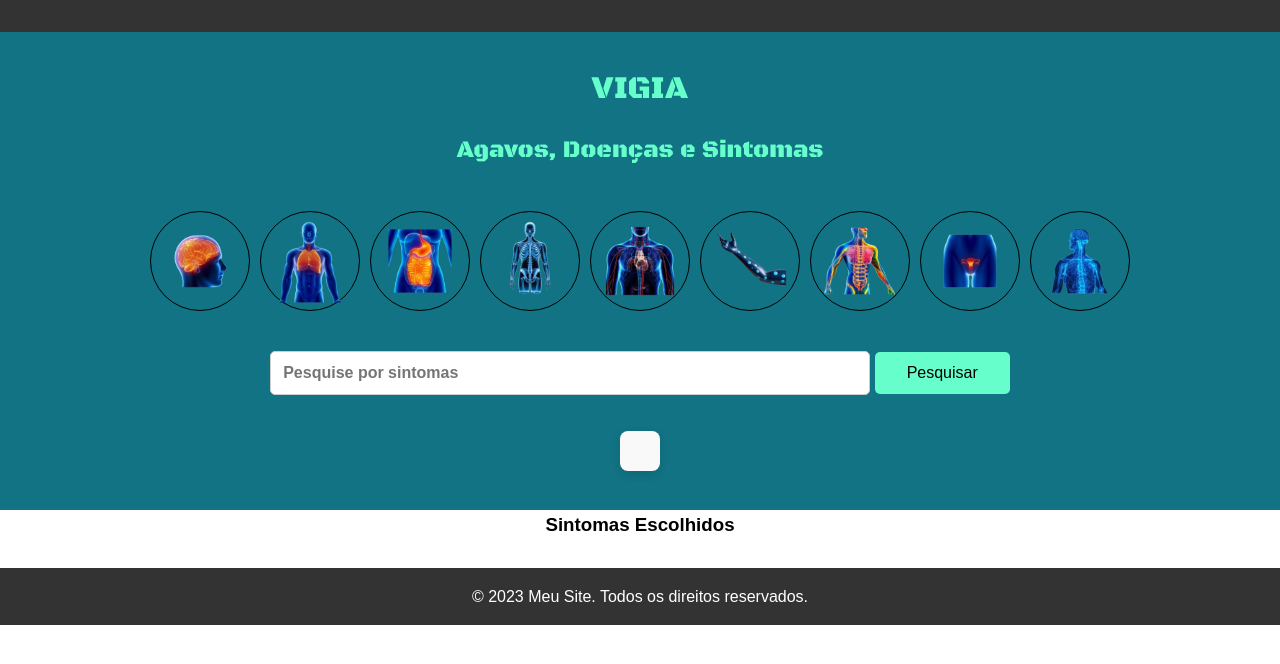
Repository: br-on/vigia
Page: index.html
The author's editor kept a copy of each file at every save. The page is drawn from the files as they stood at one save, then again after the next save.
The browser window is 1280 px wide. The pictures show the whole page.
Some web fonts or font styles are not loaded; a fallback is used.

Above is the page before, as saved 2024-09-15 16:30:16.

### index.html
<!DOCTYPE html>
<html lang="pt-br">
<head>
  <meta charset="UTF-8">
  <meta name="viewport" content="width=device-width, initial-scale=1.0">
  <title>IA VIGILÂNCIA</title>
  <link rel="stylesheet" href="assets/style/style.css">
</head>
<body>
  <nav>
  </nav>
  <header class="search">
    <h1 class="black-ops-one-regular">VIGIA</h1>
    <h2 class="black-ops-one-regular">Agavos, Doenças e Sintomas</h2>
    <div class="grupos-sintomas">
      <div class="grupo-sintoma"><img src="/assets/img/grupos/neurologico.png" alt=""></div>
      <div class="grupo-sintoma"><img src="assets/img/grupos/respiratorio.png" alt=""></div>
      <div class="grupo-sintoma"><img src="assets/img/grupos/digestivo.png" alt=""></div>
      <div class="grupo-sintoma"><img src="assets/img/grupos/musculoesqueletico.png" alt=""></div>
      <div class="grupo-sintoma"><img src="assets/img/grupos/cardiaco.png" alt=""></div>
      <div class="grupo-sintoma"><img src="assets/img/grupos/dermatologico.png" alt=""></div>
      <div class="grupo-sintoma"><img src="assets/img/grupos/infecciosofebril.png" alt=""></div>
      <div class="grupo-sintoma"><img src="assets/img/grupos/ginecologicocongentia.png" alt=""></div>
      <div class="grupo-sintoma"><img src="assets/img/grupos/gerais.png" alt=""></div>
    </div><br>
    <input type="text" placeholder="Pesquise por sintomas" class="electrolize-regular" id="campo-pesquisa">
    <button onclick="pesquisar()">Pesquisar</button>
    <br>
    <div id="resultados-pesquisa" class="resultado-pesquisa-sintomas"></div>
  </header>
  <main>
    <center><h3>Sintomas Escolhidos</h3></center>
    <div id="sintomas-escolhidos">

      <!-- Sintomas escolhidos serão exibidos aqui -->
    </div>
    <div id="resultados-doencas">
      <!-- Resultados das doenças serão exibidos aqui -->
    </div>
  </main>
  <footer>
    <p>&copy; 2023 Meu Site. Todos os direitos reservados.</p>
  </footer>

  <script src="assets/script/sintomas.js"></script>
  <script src="assets/script/data.js"></script>
  <script src="assets/script/app.js"></script>
</body>
</html>

### assets/style/style.css
/* style.css */
@import url('https://fonts.googleapis.com/css2?family=Black+Ops+One&display=swap');
@import url('https://fonts.googleapis.com/css2?family=Electrolize&display=swap');

.black-ops-one-regular {
  font-family: "Black Ops One", system-ui;
  font-weight: 400;
  font-style: normal;
}

.electrolize-regular {
  font-family: "Electrolize", sans-serif;
  font-weight: 600;
  font-style: normal;
}

/* Estilos globais */
* {
    margin: 0;
    padding: 0;
    box-sizing: border-box;
}

html, body {
    height: 100%;
    margin: 0;
}

body {
    font-family: Arial, sans-serif;
    line-height: 1.6;
    margin: 0;
    padding: 0;

}

header, nav, footer {
    background-color: #333;
    color: #fff;
    text-align: center;
    padding: 1rem;
}

main {
    flex: 1;
}

h1, h2 {
    color: #66ffcc;
    margin-bottom: 1rem;
}

/* Estilo para o formulário de pesquisa */
.search {
    text-align: center;
    padding: 2rem 1rem;
    background-color: #117383;
}

.search input[type="text"] {
    margin-top: 15px;
    width: 600px;
    padding: 0.75rem;
    margin-bottom: 1rem;
    border: 1px solid #ccc;
    border-radius: 5px;
    font-size: 1rem;
}

.search button {
    padding: 0.75rem 2rem;
    background-color: #66ffcc;
    color: #000;
    border: none;
    border-radius: 5px;
    cursor: pointer;
    font-size: 1rem;
}

.search button:hover {
    background-color: #29a67c;
    color: rgb(255, 255, 255);
}

/* Estilo para resultados */
.results {
    padding: 2rem;
    background-color: #fff;
    text-align: center;
}

/* Estilo do rodapé */

footer {
    background-color: #333;
    color: white;
    padding: 1rem;
    text-align: center;
    position: relative;
    bottom: 0;
    width: 100%;
}

/* Media Queries para telas menores */
@media (max-width: 768px) {
    .search input[type="text"] {
        width: 100%;
    }

    .search button {
        width: 100%;
        margin-top: 1rem;
    }
}

@media (max-width: 480px) {
    h1 {
        font-size: 2rem;
    }

    h2 {
        font-size: 1.5rem;
    }

    footer {
        font-size: 0.9rem;
    }
}

/* Container principal dos resultados */
#resultados-pesquisa {

    max-height: 80vh; /* Limita a altura para que os resultados não ocupem a tela inteira */
    overflow-y: auto; /* Ativa a barra de rolagem vertical */
    padding: 20px;
    margin-top: 20px;
    border-radius: 8px;
    box-shadow: 0px 4px 10px rgba(0, 0, 0, 0.1); /* Sombra suave */
    background-color: #f9f9f9; /* Fundo claro */
}

/* Estilo dos itens de resultado */
.item-resultado {
    border: 1px solid #e0e0e0; /* Borda leve ao redor do item */
    border-radius: 8px; /* Bordas arredondadas */
    padding: 20px; /* Espaçamento interno */
    margin-bottom: 20px; /* Espaçamento entre os itens */
    background-color: #fff; /* Fundo branco para o item */
    box-shadow: 0px 4px 8px rgba(0, 0, 0, 0.05); /* Sombra leve */
    transition: transform 0.3s ease, box-shadow 0.3s ease; /* Transição suave */
}

/* Efeito hover nos itens */
.item-resultado:hover {
    transform: translateY(-5px); /* Eleva o item ao passar o mouse */
    box-shadow: 0px 6px 12px rgba(0, 0, 0, 0.15); /* Aumenta a sombra ao passar o mouse */
}

/* Título do item */
.item-resultado h2 {
    font-size: 1.8rem;
    margin-bottom: 10px;
    color: #333; /* Cor mais escura para o título */
    font-weight: bold;
}

/* Subtítulos (Descrição, Sintomas, etc.) */
.item-resultado h4 {
    font-size: 1.2rem;
    margin-top: 15px;
    margin-bottom: 8px;
    color: #555; /* Cor intermediária */
}

/* Texto descritivo */
.item-resultado .descricao-meta {
    font-size: 1rem;
    line-height: 1.5; /* Facilita a leitura */
    color: #666; /* Cor do texto */
    margin-bottom: 15px;
}

/* Links */
.item-resultado a {
    font-size: 1rem;
    color: #007bff; /* Cor azul padrão */
    text-decoration: none;
}

.item-resultado a:hover {
    text-decoration: underline; /* Sublinha ao passar o mouse */
}

/* Barra de rolagem estilizada */
#resultados-pesquisa::-webkit-scrollbar {
    width: 8px;
}

#resultados-pesquisa::-webkit-scrollbar-thumb {
    background-color: #888;
    border-radius: 10px;
}

#resultados-pesquisa::-webkit-scrollbar-thumb:hover {
    background-color: #555;
}


/* Adicione isto ao seu arquivo CSS */
#filtros-sintomas {
    width: 90%;
    margin: 0 auto; /* Centraliza a div horizontalmente */
    display: flex;
    flex-wrap: wrap; /* Faz com que os itens quebrem para a linha seguinte */
    gap: 10px; /* Espaço entre os itens */
    box-sizing: border-box;
}

#filtros-sintomas label {
    display: flex;
    align-items: center;
    margin-right: 10px; /* Espaço entre os labels */

}


.sintoma-item {
    padding: 10px;
    margin: 5px 0;
    border-radius: 5px;
    cursor: pointer;
    margin: 2px;
}

.sintoma-item:hover {
    opacity: 0.8;
}

#sintomas-escolhidos {
    display: inline-flex;
    flex-wrap: wrap;
    margin-top: 20px;
}

.sintoma-escolhido {
    background-color: #d4edda; /* Cor de fundo verde clara */
    border: 1px solid #c3e6cb;
    padding: 10px;
    margin: 5px 0;
    border-radius: 5px;
}

.resultado-pesquisa-sintomas {
    display: inline-flex;
    flex-wrap: wrap;
    align-items: center;
    justify-content: center;
}

.grupos-sintomas {
    display: inline-flex;
    flex-wrap: wrap;
    justify-content: center;
    align-items: center;
    min-height: 150px;
}

.grupo-sintoma {
    display: flex;
    justify-content: center;
    align-items: center;
    border: solid 1px black;
    margin: 5px;
    width: 100px;
    height: 100px;
    border-radius: 50%;
}

.grupo-sintoma:hover {
    height: 90px;
    width: 90px;
    transition: 0.5s;
    cursor: pointer;
    background-color: #201e1e;
}

.grupo-sintoma img {
    width: 90px;
    height: 90px;
}

.grupo-sintoma img:hover {
    height: 130px;
    width: 130px;
    transition: 0.5s;
    cursor: pointer;
}

### assets/script/app.js
document.addEventListener('DOMContentLoaded', function() {
    // Carregar sintomas iniciais (se necessário)
});

function pesquisar() {
    let campoPesquisa = document.getElementById("campo-pesquisa").value.toLowerCase();
    let resultadosSintomasDiv = document.getElementById("resultados-pesquisa");
    resultadosSintomasDiv.innerHTML = ""; // Limpar resultados anteriores

    // Filtra sintomas que correspondem ao texto digitado
    let sintomasEncontrados = dataSintomas.filter(sintoma =>
        sintoma.titulo_sintoma.toLowerCase().includes(campoPesquisa) ||
        sintoma.grupo_sintoma.toLowerCase().includes(campoPesquisa)
    );

    // Exibir sintomas encontrados
    sintomasEncontrados.forEach(sintoma => {
        let divSintoma = document.createElement('div');
        divSintoma.className = 'sintoma-item';
        divSintoma.style.backgroundColor = getRandomColor(); // Função para cor de fundo aleatória
        divSintoma.textContent = sintoma.titulo_sintoma;
        divSintoma.addEventListener('click', () => adicionarSintomaEscolhido(sintoma));
        resultadosSintomasDiv.appendChild(divSintoma);
    });
}

function adicionarSintomaEscolhido(sintoma) {
    let sintomasEscolhidosDiv = document.getElementById("sintomas-escolhidos");
    let divEscolhido = document.createElement('div');
    divEscolhido.className = 'sintoma-escolhido';
    divEscolhido.textContent = sintoma.titulo_sintoma;
    sintomasEscolhidosDiv.appendChild(divEscolhido);

    // Remover o sintoma da lista de sintomas encontrados
    let sintomaItems = document.querySelectorAll('#resultados-pesquisa .sintoma-item');
    sintomaItems.forEach(item => {
        if (item.textContent === sintoma.titulo_sintoma) {
            item.remove();
        }
    });

    // Opcional: Se quiser mostrar as doenças relacionadas, chame uma função aqui
    mostrarDoencasRelacionadas();
}

function mostrarDoencasRelacionadas() {
    let sintomasEscolhidosDiv = document.getElementById("sintomas-escolhidos");
    let sintomasEscolhidos = Array.from(sintomasEscolhidosDiv.children).map(div => div.textContent);

    let resultadosDoencasDiv = document.getElementById("resultados-doencas");
    resultadosDoencasDiv.innerHTML = ""; // Limpar resultados anteriores

    dataDoencas.forEach(doenca => {
        let sintomasDoenca = doenca.sintomas.toLowerCase().split(',').map(s => s.trim());
        let correspondeSintomas = sintomasEscolhidos.every(s => sintomasDoenca.includes(s.toLowerCase()));

        if (correspondeSintomas) {
            resultadosDoencasDiv.innerHTML += `
                <div class="item-resultado">
                    <h2 class="black-ops-one-regular">${doenca.titulo}</h2>
                    <h4 class="electrolize-regular">Descrição</h4>
                    <p class="descricao-meta">${doenca.descricao}</p>
                    <h4 class="electrolize-regular">Sintomas</h4>
                    <p class="descricao-meta">${doenca.sintomas}</p>
                    <h4 class="electrolize-regular">Prevenção</h4>
                    <p class="descricao-meta">${doenca.prevencao}</p>
                    <h4 class="electrolize-regular">Tratamento</h4>
                    <p class="descricao-meta">${doenca.tratamento}</p>
                    <a href="${doenca.link}" target="_blank">${doenca.link}</a>
                </div>
            `;
        }
    });
}

// Função para gerar cor aleatória
function getRandomColor() {
    const letters = '0123456789ABCDEF';
    let color = '#';
    for (let i = 0; i < 6; i++) {
        color += letters[Math.floor(Math.random() * 16)];
    }
    return color;
}

Loaded but not shown: assets/script/data.js (373 lines, source omitted); assets/script/sintomas.js (470 lines, source omitted)

After the next save:
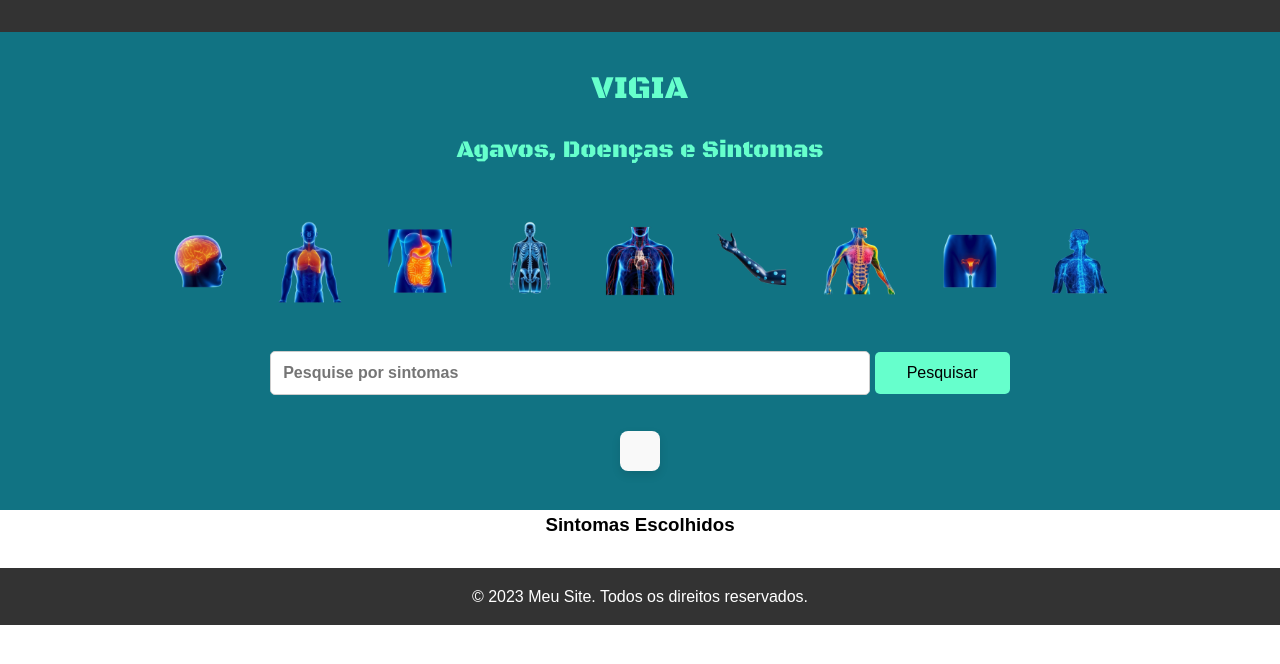
Saved 44 s later.
--- a/assets/style/style.css
+++ b/assets/style/style.css
@@ -269,7 +269,6 @@ footer {
     display: flex;
     justify-content: center;
     align-items: center;
-    border: solid 1px black;
     margin: 5px;
     width: 100px;
     height: 100px;
